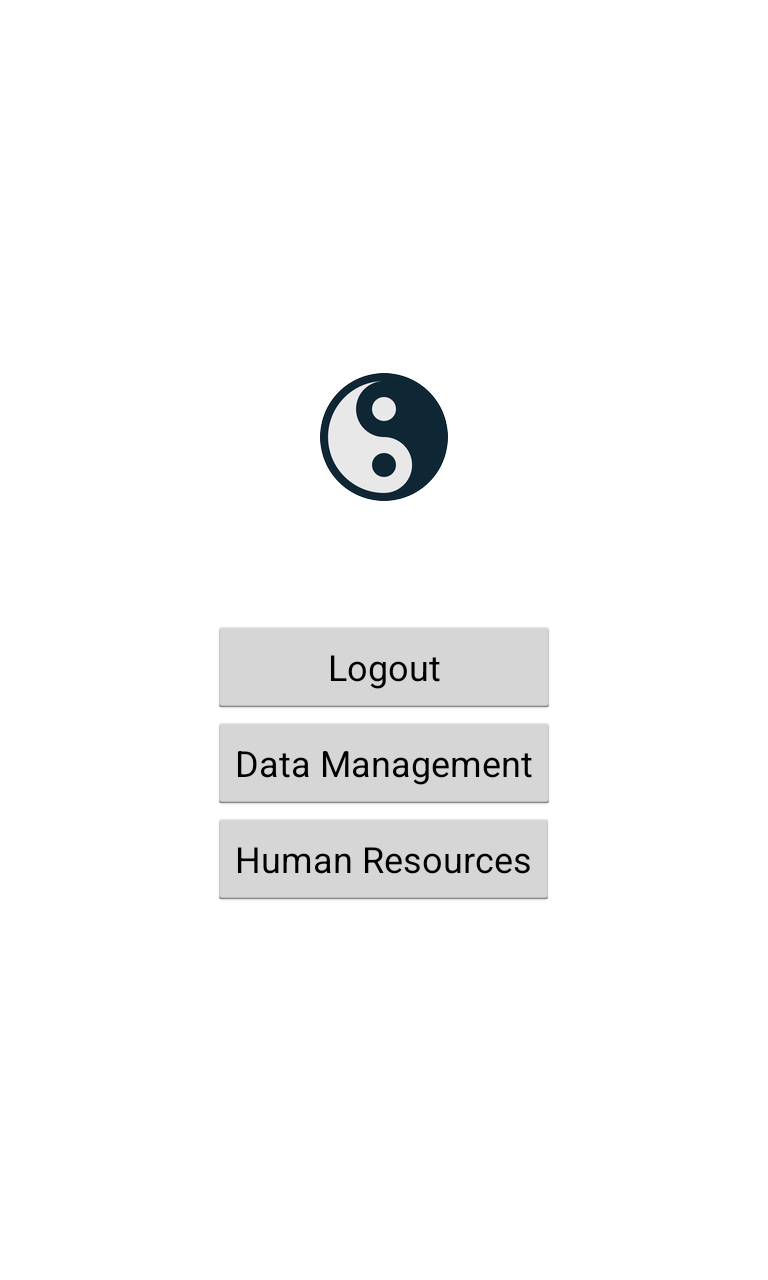
Repository: diogosufil/AcupunturaClienteAndroid
Layout: AcupunturaClienteAndroid/res/layout/activity_main.xml
The author's editor kept a copy of each file at every save. The layout is drawn from the files as they stood at one save, then again after the next save.
It is drawn on a 768 x 1280 px phone screen (xhdpi) without system bars, with theme AppTheme; the app's code is not run. The app's manifest (not shown) leaves right-to-left support off. So textAlignment, textDirection and layoutDirection are ignored, and left and right values win over start and end ones.

Above is the layout before, as saved 2015-01-06 17:16:34.

### AcupunturaClienteAndroid/res/layout/activity_main.xml
<LinearLayout xmlns:android="http://schemas.android.com/apk/res/android"
    xmlns:tools="http://schemas.android.com/tools"
    android:id="@+id/LinearLayout2"
    android:layout_width="match_parent"
    android:layout_height="match_parent"
    android:gravity="center"
    android:orientation="vertical"
    android:paddingBottom="@dimen/activity_vertical_margin"
    android:paddingLeft="@dimen/activity_horizontal_margin"
    android:paddingRight="@dimen/activity_horizontal_margin"
    android:paddingTop="@dimen/activity_vertical_margin"
    tools:context="com.example.acupunturaclienteandroid.MainActivity" >

    <LinearLayout
        android:layout_width="wrap_content"
        android:layout_height="wrap_content"
        android:gravity="center"
        android:orientation="vertical" >

        <ImageView
            android:id="@+id/imageView1"
            android:layout_width="wrap_content"
            android:layout_height="wrap_content"
            android:scaleType="center"
            android:src="@drawable/ac_img"
            android:textAlignment="center" />

        <TextView
            android:id="@+id/textView2"
            android:layout_width="wrap_content"
            android:layout_height="wrap_content"
            android:text="@string/nothing"
            android:textAppearance="?android:attr/textAppearanceLarge" />

        <TextView
            android:id="@+id/TextView02"
            android:layout_width="wrap_content"
            android:layout_height="wrap_content"
            android:text="@string/nothing"
            android:textAppearance="?android:attr/textAppearanceLarge" />

        <Button
            android:id="@+id/buttonLogout"
            android:layout_width="match_parent"
            android:layout_height="wrap_content"
            android:text="@string/logout" />

        <Button
            android:id="@+id/buttonDataManagement"
            android:layout_width="wrap_content"
            android:layout_height="wrap_content"
            android:text="@string/data_management" />

        <Button
            android:id="@+id/buttonHumanResources"
            android:layout_width="wrap_content"
            android:layout_height="wrap_content"
            android:text="@string/human_resources" />

    </LinearLayout>

</LinearLayout>

### AcupunturaClienteAndroid/res/values/strings.xml
<?xml version="1.0" encoding="utf-8"?>
<resources>

    <string name="app_name">Acupuntura</string>
    <string name="hello_world">Hello world!</string>
    <string name="action_settings">Settings</string>
    <string name="title_activity_menu">Menu</string>
    <string name="title_activity_main">Acupuntura</string>
    <string name="login">Login</string>
    <string name="username">Username</string>
    <string name="password">Password</string>
    <string name="nothing"></string>
    <string name="logout">Logout</string>
    <string name="data_management">Data Management</string>
    <string name="human_resources">Human Resources</string>
    <string name="title_activity_data_management">Data Management</string>
    <string name="title_activity_human_resources">Human Resources</string>

</resources>

Loaded but not shown: AcupunturaClienteAndroid/res/values/styles.xml (common file); AcupunturaClienteAndroid/res/values-v11/styles.xml (common file); AcupunturaClienteAndroid/res/values-v14/styles.xml (common file); AcupunturaClienteAndroid/res/values/dimens.xml (common file); AcupunturaClienteAndroid/res/values-w820dp/dimens.xml (common file)

After the next save:
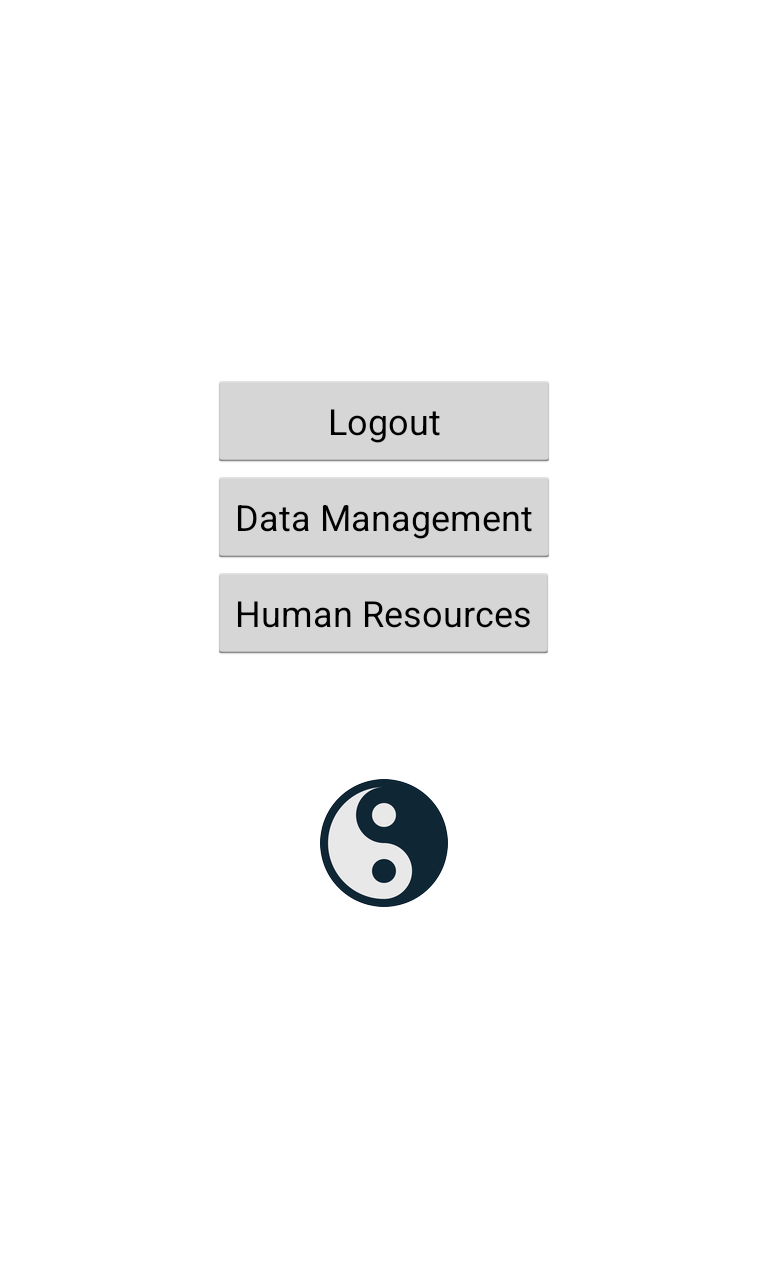
Saved 2 min 59 s later.
--- a/AcupunturaClienteAndroid/res/layout/activity_main.xml
+++ b/AcupunturaClienteAndroid/res/layout/activity_main.xml
@@ -17,28 +17,6 @@
         android:gravity="center"
         android:orientation="vertical" >
 
-        <ImageView
-            android:id="@+id/imageView1"
-            android:layout_width="wrap_content"
-            android:layout_height="wrap_content"
-            android:scaleType="center"
-            android:src="@drawable/ac_img"
-            android:textAlignment="center" />
-
-        <TextView
-            android:id="@+id/textView2"
-            android:layout_width="wrap_content"
-            android:layout_height="wrap_content"
-            android:text="@string/nothing"
-            android:textAppearance="?android:attr/textAppearanceLarge" />
-
-        <TextView
-            android:id="@+id/TextView02"
-            android:layout_width="wrap_content"
-            android:layout_height="wrap_content"
-            android:text="@string/nothing"
-            android:textAppearance="?android:attr/textAppearanceLarge" />
-
         <Button
             android:id="@+id/buttonLogout"
             android:layout_width="match_parent"
@@ -57,6 +35,28 @@
             android:layout_height="wrap_content"
             android:text="@string/human_resources" />
 
+        <TextView
+            android:id="@+id/TextView02"
+            android:layout_width="wrap_content"
+            android:layout_height="wrap_content"
+            android:text="@string/nothing"
+            android:textAppearance="?android:attr/textAppearanceLarge" />
+
+        <TextView
+            android:id="@+id/textView2"
+            android:layout_width="wrap_content"
+            android:layout_height="wrap_content"
+            android:text="@string/nothing"
+            android:textAppearance="?android:attr/textAppearanceLarge" />
+
+        <ImageView
+            android:id="@+id/imageView1"
+            android:layout_width="wrap_content"
+            android:layout_height="wrap_content"
+            android:scaleType="center"
+            android:src="@drawable/ac_img"
+            android:textAlignment="center" />
+
     </LinearLayout>
 
 </LinearLayout>
